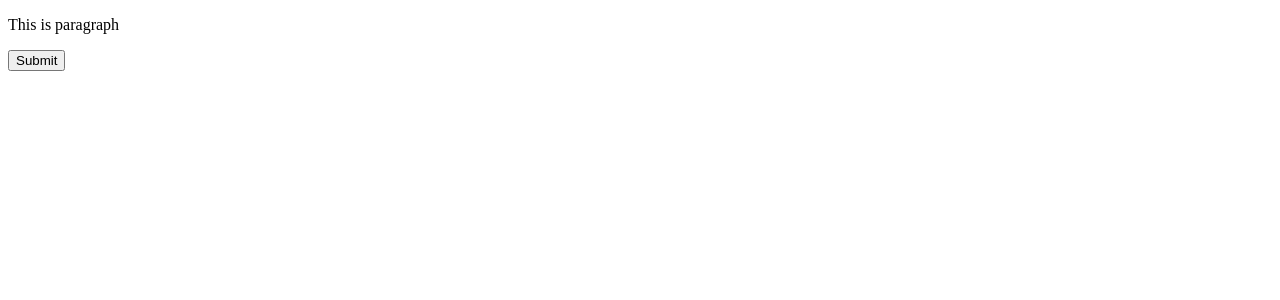
Repository: Jayce1607/git-tutorial
Page: index.html
An editor plug-in stored every save of this project. The page is shown before and after the next save, followed by the edit.
The browser window is 1280 px wide. The pictures show the whole page.

Above is the page before, as saved 2021-09-02 00:06:00.

### index.html
<!DOCTYPE html>
<html lang="en">
<head>
  <meta charset="UTF-8">
  <meta http-equiv="X-UA-Compatible" content="IE=edge">
  <meta name="viewport" content="width=device-width, initial-scale=1.0">
  <title>Document</title>
</head>
<body>
  <p>This is paragraph</p>
  <button>Submit</button>
</body>
</html>

### style.css
button{
  background: blue;
  color: #fff;
}

After the next save:
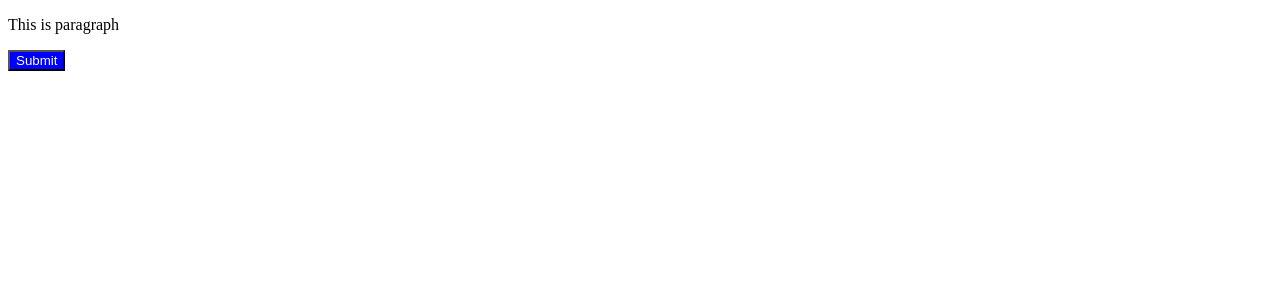
Saved 12 s later.
--- a/index.html
+++ b/index.html
@@ -4,6 +4,7 @@
   <meta charset="UTF-8">
   <meta http-equiv="X-UA-Compatible" content="IE=edge">
   <meta name="viewport" content="width=device-width, initial-scale=1.0">
+  <link rel="stylesheet" href="style.css">
   <title>Document</title>
 </head>
 <body>
